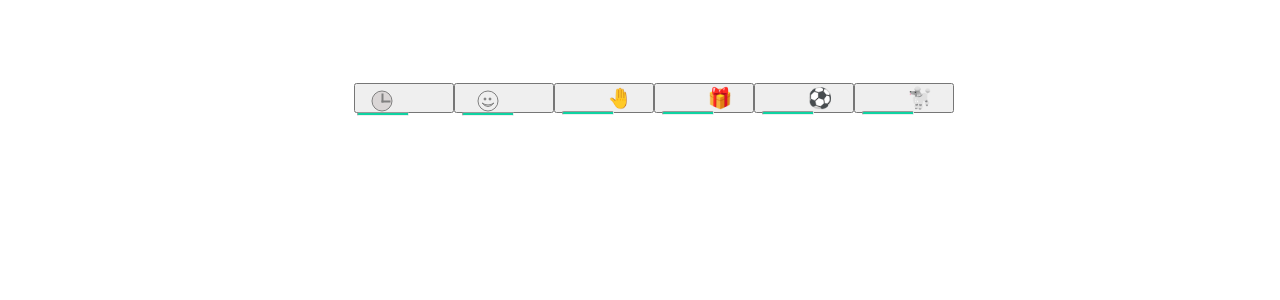
Repository: Gaj123-coder/emoji-search-app
Page: /
An editor plug-in stored every save of this project. The page is shown before and after the next save, followed by the edit.
The browser window is 1280 px wide. The pictures show the whole page.
The project was rebuilt for these pictures with package versions that can differ from the ones it lists, and the page was loaded fresh each time.

Above is the page before, as saved 2021-10-31 11:04:21.

After the next save:
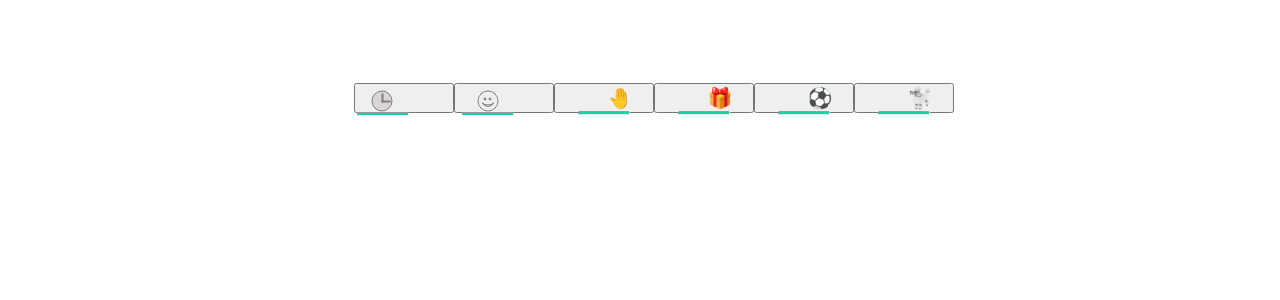
Saved 8 s later.
--- a/src/App.css
+++ b/src/App.css
@@ -48,6 +48,5 @@
 
 .rem-pos{
   position: relative;
-  right:1rem;
   bottom:5px;
 }
